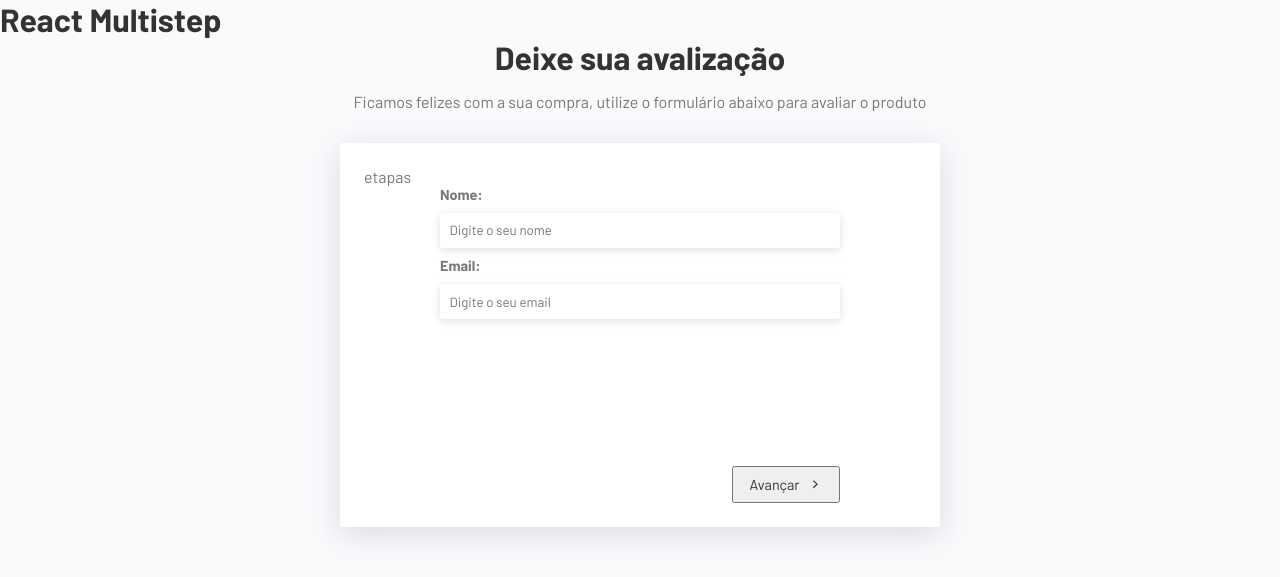
Repository: Bitroia/multistep_form_react
Page: / (app in multistep_form_react/)
The author's editor kept a copy of each file at every save. The page is drawn from the files as they stood at one save, then again after the next save.
The browser window is 1280 px wide. The pictures show the whole page.
The project was rebuilt for these pictures with package versions that can differ from the ones it lists, and the page was loaded fresh each time. Also part of the build but not shown: multistep_form_react/vite.config.js, multistep_form_react/src/components/ReviewForm.jsx, multistep_form_react/src/components/Thanks.jsx.

Above is the page before, as saved 2026-06-12 14:13:07.

### multistep_form_react/index.html
<!doctype html>
<html lang="pt-br">
  <head>
    <meta charset="UTF-8" />
    <link rel="icon" type="image/svg+xml" href="/favicon.svg" />
    <link rel="preconnect" href="https://fonts.googleapis.com" />
    <link rel="preconnect" href="https://fonts.gstatic.com" crossorigin />
    <link
      href="https://fonts.googleapis.com/css2?family=Barlow:ital,wght@0,100;0,200;0,300;0,400;0,500;0,600;0,700;0,800;0,900;1,100;1,200;1,300;1,400;1,500;1,600;1,700;1,800;1,900&family=Lato:ital,wght@0,100;0,300;0,400;0,700;0,900;1,100;1,300;1,400;1,700;1,900&family=Montserrat:ital,wght@0,100..900;1,100..900&family=Roboto:ital,wght@0,100..900;1,100..900&display=swap"
      rel="stylesheet"
    />
    <meta name="viewport" content="width=device-width, initial-scale=1.0" />
    <title>Multistep Form com React</title>
  </head>
  <body>
    <div id="root"></div>
    <script type="module" src="/src/main.jsx"></script>
  </body>
</html>

### multistep_form_react/src/index.css
* {
  font-family: "Barlow";
  padding: 0;
  margin: 0;
  box-sizing: border-box;
  color: #333;
}

p {
  color: #777;
}

body {
  background-color: #f9fafc;
}

### multistep_form_react/src/App.jsx
//! Components
import { GrFormNext, GrFormPrevious } from "react-icons/gr";
import { FiSend } from "react-icons/fi";
import UserForm from "./components/UserForm";
import ReviewForm from "./components/ReviewForm";
import Thanks from "./components/Thanks";
import { useState } from "react";

//! Hooks

import { useForm } from "./hooks/UseForm";

import "./App.css";

function App() {
  const formComponents = [<UserForm />, <ReviewForm />, <Thanks />];

  const { currentStep, currentComponent, changeStep, isLastStep, isFirstStep } =
    useForm(formComponents);

  return (
    <div className="App">
      <h1>React Multistep</h1>
      <div className="header">
        <h2>Deixe sua avalização</h2>
        <p>
          Ficamos felizes com a sua compra, utilize o formulário abaixo para
          avaliar o produto
        </p>
      </div>
      <div className="form-container">
        <p>etapas</p>
        <form onSubmit={(e) => changeStep(currentStep + 1, e)}>
          <div className="inputs-container">{currentComponent}</div>
          <div className="actions">
            {!isFirstStep && (
              <button type="button" onClick={() => changeStep(currentStep - 1)}>
                <GrFormPrevious />
                <span>Voltar</span>
              </button>
            )}
            {!isLastStep ? (
              <button type="submit">
                <span>Avançar</span>
                <GrFormNext />
              </button>
            ) : (
              <button type="button">
                <span>Enviar</span>
                <FiSend />
              </button>
            )}
          </div>
        </form>
      </div>
    </div>
  );
}

export default App;

### multistep_form_react/src/components/UserForm.jsx
import React from "react";

const UserForm = () => {
  return (
    <div>
      <div className="form-control">
        <label htmlFor="name">Nome:</label>
        <input
          type="text"
          name="text"
          id="name"
          placeholder="Digite o seu nome"
          required
        />
        <label htmlFor="name">Email:</label>
        <input
          type="email"
          name="email"
          id="email"
          placeholder="Digite o seu email"
          required
        />
      </div>
    </div>
  );
};

export default UserForm;

### multistep_form_react/src/hooks/useForm.jsx
import { useState } from "react";

export function useForm(steps) {
  const [currentStep, setCurrentStep] = useState(0);

  function changeStep(i, e) {
    if (e) e.preventDefault();

    if (i < 0 || i >= steps.length) return;

    setCurrentStep(i);
  }

  return {
    currentStep,
    currentComponent: steps[currentStep],
    changeStep,
    isLastStep: currentStep + 1 === steps.length ? true : false,
    isFirstStep: currentStep === 0 ? true : false,
  };
}

### multistep_form_react/src/App.css
.app {
  padding: 2rem;
}

/* Cabeçalho */

.header {
  text-align: center;
  margin-bottom: 2rem;
}

.header h2 {
  font-size: 2rem;
  margin-bottom: 1rem;
}

/* Forms */

.form-container {
  max-width: 600px;
  margin: 0 auto;
  background-color: #fff;
  padding: 1.5rem;
  box-shadow: rgba(100, 100, 111, 0.2) 0px 7px 29px 0px;
}

.form-container form {
  max-width: 400px;
  margin: 0 auto;
}

.inputs-container {
  min-height: 280px;
}

.form-control {
  display: flex;
  flex-direction: column;
  margin-bottom: 2rem;
  gap: 0.6rem;
}

label {
  font-weight: bold;
  font-size: 0.9rem;
  color: #777;
}

input,
textarea {
  padding: 0.6rem;
  border: none;
  border-radius: 3px;
  box-shadow: rgba(99, 99, 99, 0.2) 0px 2px 8px 0;
}

textarea {
  height: 120px;
}

/* Actions */

.actions {
  display: flex;
  justify-content: flex-end;
  gap: 1rem;
}

.actions button {
  font-size: 0.9rem;
  padding: 0.5rem 1rem;
  gap: 0.5rem;
  display: flex;
  align-items: center;
  bord
}

Loaded but not shown: multistep_form_react/src/main.jsx (common file)

After the next save:
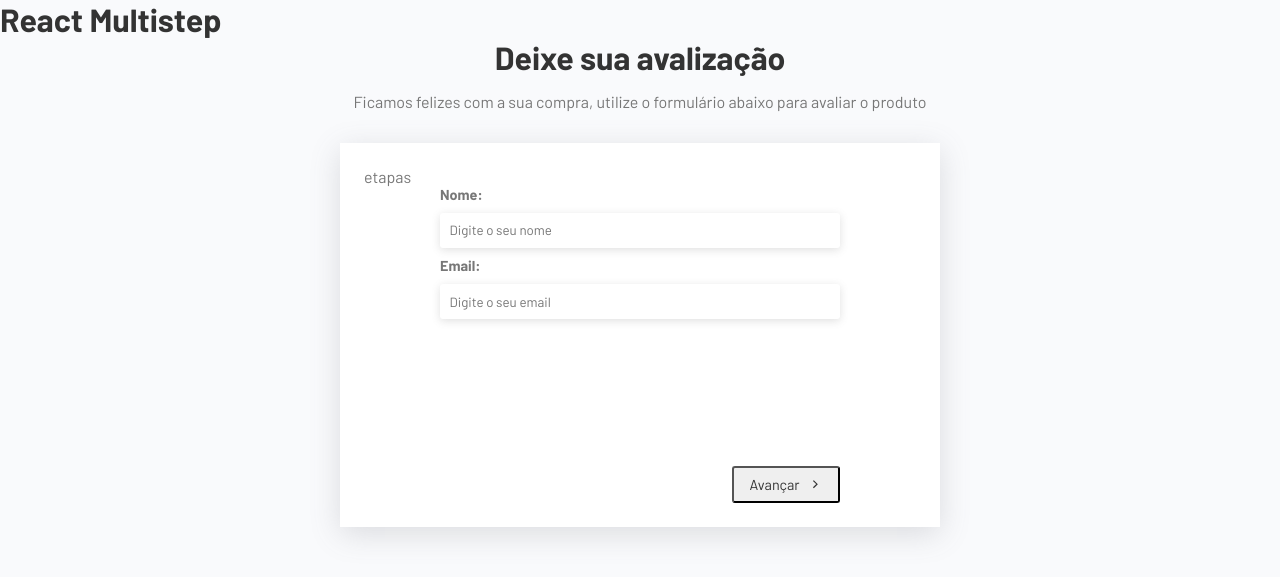
Saved 7 s later.
--- a/multistep_form_react/src/App.css
+++ b/multistep_form_react/src/App.css
@@ -72,5 +72,6 @@ textarea {
   gap: 0.5rem;
   display: flex;
   align-items: center;
-  bord
+  border-radius: 3px;
+  background-color: ;
 }
